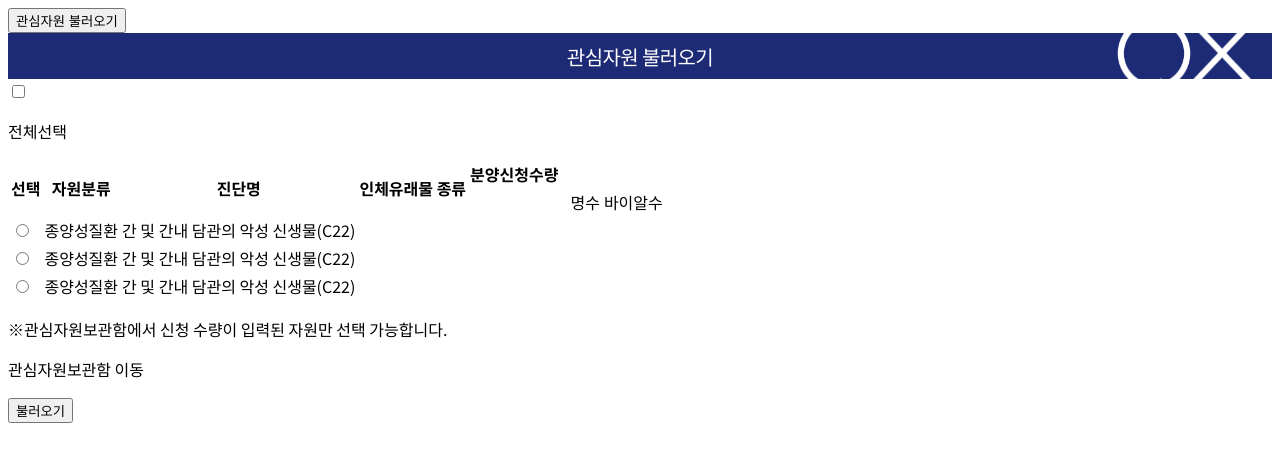
Repository: dlgywls1130/one_popup
Page: index.html
The author's editor kept a copy of each file at every save. The page is drawn from the files as they stood at one save, then again after the next save.
The browser window is 1280 px wide. The pictures show the whole page.

Above is the page before, as saved 2023-10-24 23:58:47.

### index.html
<!DOCTYPE html>
<html lang="en">
<head>
    <meta charset="UTF-8">
    <meta name="viewport" content="width=device-width, initial-scale=1.0">
    <title>관심자원</title>

    <link rel="stylesheet" href="./style.css">
</head>
<body>
    <button type="button">관심자원 불러오기</button>

    <div class="modal_new">
        <div class="modal_head">
            <div class="modal_title">관심자원 불러오기</div>
            <div class="modal_right">
                <div class="refresh">
                    <img src="./img/reload.png">
                </div>
                <div class="close">
                    <img src="./img/close.png">
                </div>
            </div>
        </div>
        <div class="modal_body">
            <div class="all_check">
                <label>
                    <input type="checkbox">
                    <p>전체선택</p>
                </label>
            </div>

            <div class="body_all_list">
                <table class="list_table_wrap">
                    <tr>
                        <th rowspan='2'>선택</th>
                        <th rowspan='2'>자원분류</th>
                        <th rowspan='2'>진단명</th>
                        <th rowspan='2'>인체유래물 종류</th>
                        <th colspan='2'>분양신청수량</th>
                    </tr>
                    <tr>
                        <td></td>
                        <td></td>
                        <td></td>
                        <td></td>
                        <td>명수</td>
                        <td>바이알수</td>
                    </tr>
                    <tr>
                        <td><input type="radio" name="choice"></td>
                        <td>종양성질환</td>
                        <td>간 및 간내 담관의 악성 신생물(C22)</td>
                        <td></td>
                        <td></td>
                        <td></td>
                    </tr>
                    <tr>
                        <td><input type="radio" name="choice"></td>
                        <td>종양성질환</td>
                        <td>간 및 간내 담관의 악성 신생물(C22)</td>
                        <td></td>
                        <td></td>
                        <td></td>
                    </tr>
                    <tr>
                        <td><input type="radio" name="choice"></td>
                        <td>종양성질환</td>
                        <td>간 및 간내 담관의 악성 신생물(C22)</td>
                        <td></td>
                        <td></td>
                        <td></td>
                    </tr>
                </table>
            </div>


            <p>※관심자원보관함에서 신청 수량이 입력된 자원만 선택 가능합니다.</p>
            <div class="bookmark_link">
                <div class="bookmark_img"></div>
                <p>관심자원보관함 이동</p>
            </div>

            <div class="button_import">
                <button type="button">불러오기</button>
            </div>
        </div>
    </div>
</body>
</html>

### style.css

  @import url('https://fonts.googleapis.com/css2?family=Noto+Sans+KR:wght@300;400;500;700&display=swap');

  .modal_new{
    font-family: 'Noto Sans KR', sans-serif;
  }

.modal_head{
    width: 100%;
    height: 46px;
    display: flex;
    align-items: center;
    justify-content: center;
    background-color: #1D2A75;
    position: relative;
}

.modal_title{
    font-size: 20px;
    letter-spacing: -0.03em;
    color: #fff;
    font-weight: 500;
}

.modal_right{
    position: absolute;
    top: 50%;
    right: 20px;
    transform: translate(0,-50%);
    display: flex;
    align-items: center;
}

After the next save:
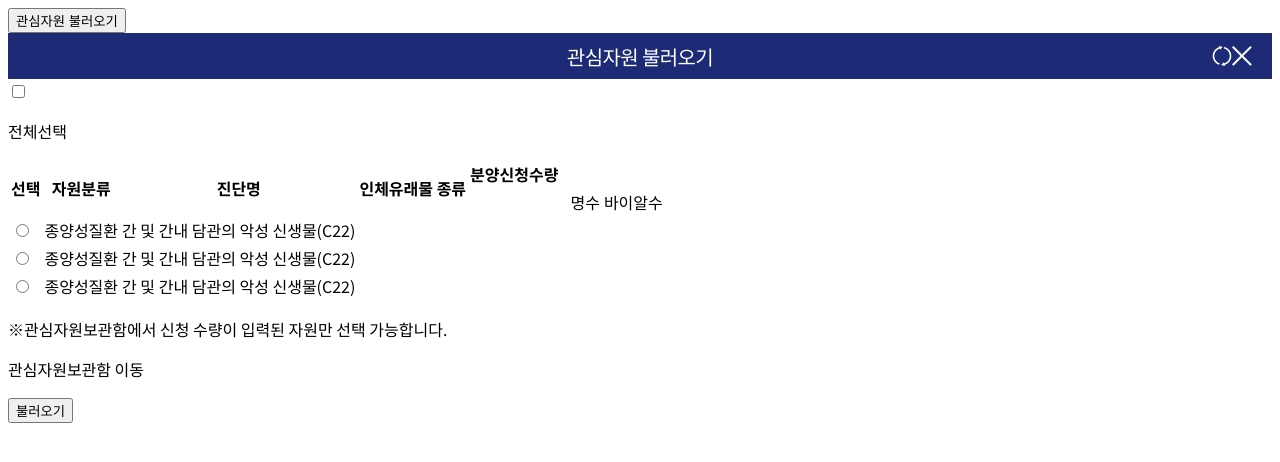
Saved 57 s later.
--- a/style.css
+++ b/style.css
@@ -30,3 +30,15 @@
     display: flex;
     align-items: center;
 }
+
+.modal_right .refresh,
+.modal_right .close{
+    width: 20px;
+    height: 20px;
+}
+
+.modal_right .refresh img,
+.modal_right .close img{
+    width: 100%;
+    height: 100%;
+}
